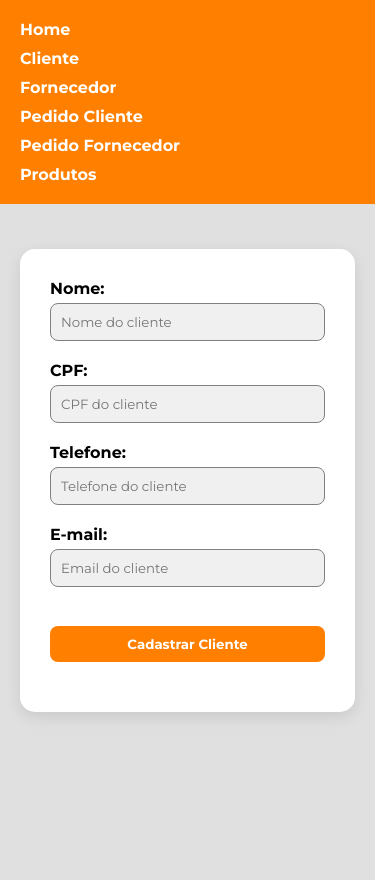
Repository: walterdmp/JavaWeb_BartoBotinas
Page: http://localhost/BartoBotinas/cadastrarCliente.jsp
These files come from the project's save history. The page is drawn as it stood at one moment and after the next save; the edit follows.
The browser window is 375 px wide. The pictures show the whole page.
The page is served by Tomcat 9. Other server files are loaded and not shown.

Above is the page before, as saved 2024-07-30 20:18:24.

### BartoBotinas/WebContent/cadastrarCliente.jsp
<%@ page language="java" contentType="text/html; charset=UTF-8" pageEncoding="UTF-8"%>
<!DOCTYPE html>
<html>
<head>
<link rel="stylesheet" href="css/estilo.css">
<meta charset="UTF-8">
<title>Bartô Botinas - Clientes</title>
</head>
<body>
	<nav class="bartoNav">
		<ul>
			<li><a href="index.jsp">Home</a></li>
			<li><a href="cadastrarCliente.jsp">Cliente</a></li>
			<li><a href="cadastrarFornecedor.jsp">Fornecedor</a></li>
			<li><a href="pedidoCliente.jsp">Pedido Cliente</a></li>
			<li><a href="pedidoFornecedor.jsp">Pedido Fornecedor</a></li>
			<li><a href="produtos.jsp">Produtos</a></li>
		</ul>
	</nav>
	<main class="bartoMain">
		<form action="" method="post" class="bartoForm">
			<div>
				<label for="nome"><strong>Nome:</strong></label>
				<input type="text" id="nome" name="nome" placeholder="Nome do cliente" required>
			</div>
			<div>
				<label for="cpf"><strong>CPF:</strong></label>
				<input type="text" id="cpf" name="cpf" placeholder="CPF do cliente" required>
			</div>
			<div>
				<label for="telefone"><strong>Telefone:</strong></label>
				<input type="text" id="telefone" name="telefone" placeholder="Telefone do cliente" required>
			</div>
			<div>
				<label for="email"><strong>E-mail:</strong></label>
				<input type="email" id="email" name="email" placeholder="Email do cliente" required>
			</div>

			<br>
			<div>
				<input id="bartoButton" type="submit" name="salvar" value="Cadastrar Cliente">
			</div>
		</form>
	</main>
</body>
</html>

### BartoBotinas/WebContent/css/estilo.css
@charset "ISO-8859-1";

@import url('https://fonts.googleapis.com/css2?family=Montserrat:ital,wght@0,100;0,200;0,300;0,400;0,500;0,600;0,700;0,800;0,900;1,100;1,200;1,300;1,400;1,500;1,600;1,700;1,800&display=swap');

* {
	margin: 0;
	padding: 0;
	box-sizing: border-box;
	text-decoration: none;
	list-style: none;
	font-family: 'Montserrat', sans-serif;
}

body {
	background-color: #f0f0f0;
}

.bartoNav {
	width: 100%;
	background-color: #ff8000;
	position: fixed;
	top: 0;
	left: 0;
	z-index: 1000;
}

.bartoNav ul {
	display: flex;
	flex-direction: row;
	gap: 20px;
	justify-content: center;
	padding: 20px;
	color: white;
	font-weight: bold;
}

.bartoNav a {
	color: white;
	transition: color 0.3s ease;
}

.bartoNav a:hover {
	color: #ffe0b3;
}

.bartoMain {
	display: flex;
	justify-content: center;
	align-items: center;
	background-color: #e0e0e0;
	width: 100%;
	height: 100vh;
	padding: 20px;
	margin-top: 80px; /* Adjusted to account for the fixed navbar height */
}

.bartoForm {
	display: flex;
	flex-direction: column;
	padding: 45px;
	width: 100%;
	max-width: 800px; /* Increased max-width for better layout */
	background-color: white;
	border-radius: 15px;
	box-shadow: 0 5px 15px rgba(0, 0, 0, 0.1);
}

.bartoForm input {
	border-radius: 8px;
	border: 1px solid gray;
	width: 100%;
	padding: 10px;
	background-color: #f0f0f0;
	transition: background-color 0.3s ease, border-color 0.3s ease;
}

.bartoForm input:focus {
	background-color: #fff;
	border-color: #ff8000;
	outline: none;
}

.bartoForm div {
	display: flex;
	flex-direction: column;
	width: 100%;
	margin-bottom: 20px;
}

.bartoForm label {
	margin-bottom: 5px;
	font-weight: 600;
}

.endereco {
	margin-top: 20px;
	padding-top: 20px;
	border-top: 1px solid #ccc;
	width: 100%;
	display: flex;
	flex-wrap: wrap;
	gap: 20px;
}

.endereco > div {
	flex: 1 1 calc(50% - 20px); /* Ensure the fields take up half the available width */
}

#bartoButton {
	background-color: #ff8000;
	border: none;
	color: white;
	font-weight: bold;
	padding: 10px 20px;
	border-radius: 8px;
	cursor: pointer;
	transition: background-color 0.3s ease;
}

#bartoButton:hover {
	background-color: #cc6600;
}

@media (max-width: 600px) {
	.bartoNav ul {
		flex-direction: column;
		gap: 10px;
	}

	.bartoForm {
		padding: 30px;
		width: 100%;
	}

	.bartoForm input {
		width: 100%;
	}

	.endereco {
		flex-direction: column;
	}

	.endereco > div {
		width: 100%;
	}
}

After the next save:
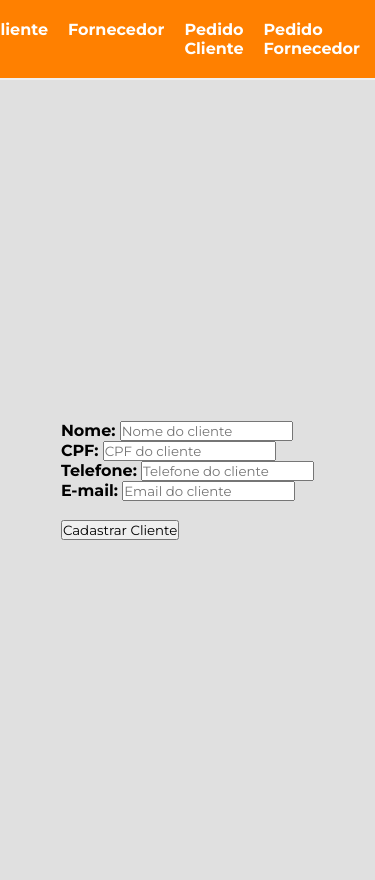
Saved 9 s later.
--- a/BartoBotinas/WebContent/css/estilo.css
+++ b/BartoBotinas/WebContent/css/estilo.css
@@ -54,93 +54,27 @@
 	margin-top: 80px; /* Adjusted to account for the fixed navbar height */
 }
 
-.bartoForm {
-	display: flex;
-	flex-direction: column;
-	padding: 45px;
+.empresaInfo {
+	background-color: white;
+	padding: 30px;
+	border-radius: 10px;
+	box-shadow: 0 5px 15px rgba(0, 0, 0, 0.1);
 	width: 100%;
-	max-width: 800px; /* Increased max-width for better layout */
-	background-color: white;
-	border-radius: 15px;
-	box-shadow: 0 5px 15px rgba(0, 0, 0, 0.1);
+	max-width: 600px;
 }
 
-.bartoForm input {
-	border-radius: 8px;
-	border: 1px solid gray;
-	width: 100%;
-	padding: 10px;
-	background-color: #f0f0f0;
-	transition: background-color 0.3s ease, border-color 0.3s ease;
+.empresaInfo h1 {
+	margin-bottom: 20px;
+	font-size: 24px;
+	color: #333;
 }
 
-.bartoForm input:focus {
-	background-color: #fff;
-	border-color: #ff8000;
-	outline: none;
+.empresaInfo p {
+	margin-bottom: 10px;
+	font-size: 18px;
+	color: #666;
 }
 
-.bartoForm div {
-	display: flex;
-	flex-direction: column;
-	width: 100%;
-	margin-bottom: 20px;
+.empresaInfo p strong {
+	color: #333;
 }
-
-.bartoForm label {
-	margin-bottom: 5px;
-	font-weight: 600;
-}
-
-.endereco {
-	margin-top: 20px;
-	padding-top: 20px;
-	border-top: 1px solid #ccc;
-	width: 100%;
-	display: flex;
-	flex-wrap: wrap;
-	gap: 20px;
-}
-
-.endereco > div {
-	flex: 1 1 calc(50% - 20px); /* Ensure the fields take up half the available width */
-}
-
-#bartoButton {
-	background-color: #ff8000;
-	border: none;
-	color: white;
-	font-weight: bold;
-	padding: 10px 20px;
-	border-radius: 8px;
-	cursor: pointer;
-	transition: background-color 0.3s ease;
-}
-
-#bartoButton:hover {
-	background-color: #cc6600;
-}
-
-@media (max-width: 600px) {
-	.bartoNav ul {
-		flex-direction: column;
-		gap: 10px;
-	}
-
-	.bartoForm {
-		padding: 30px;
-		width: 100%;
-	}
-
-	.bartoForm input {
-		width: 100%;
-	}
-
-	.endereco {
-		flex-direction: column;
-	}
-
-	.endereco > div {
-		width: 100%;
-	}
-}

After the save that followed:
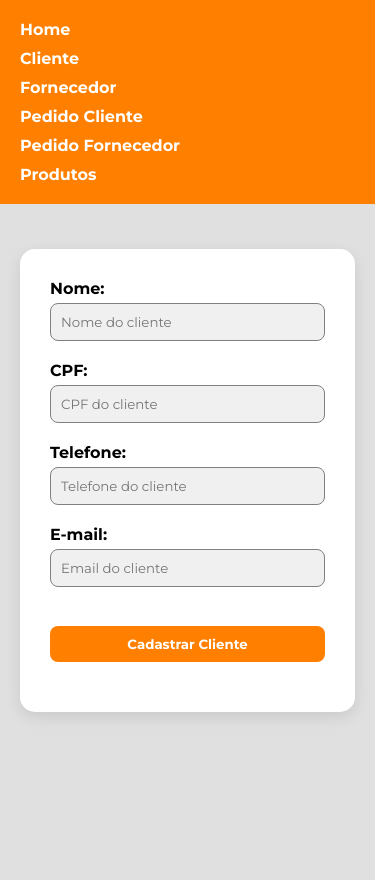
Saved 23 s later.
--- a/BartoBotinas/WebContent/css/estilo.css
+++ b/BartoBotinas/WebContent/css/estilo.css
@@ -54,27 +54,93 @@
 	margin-top: 80px; /* Adjusted to account for the fixed navbar height */
 }
 
-.empresaInfo {
+.bartoForm {
+	display: flex;
+	flex-direction: column;
+	padding: 45px;
+	width: 100%;
+	max-width: 800px; /* Increased max-width for better layout */
 	background-color: white;
-	padding: 30px;
-	border-radius: 10px;
+	border-radius: 15px;
 	box-shadow: 0 5px 15px rgba(0, 0, 0, 0.1);
-	width: 100%;
-	max-width: 600px;
 }
 
-.empresaInfo h1 {
-	margin-bottom: 20px;
-	font-size: 24px;
-	color: #333;
+.bartoForm input {
+	border-radius: 8px;
+	border: 1px solid gray;
+	width: 100%;
+	padding: 10px;
+	background-color: #f0f0f0;
+	transition: background-color 0.3s ease, border-color 0.3s ease;
 }
 
-.empresaInfo p {
-	margin-bottom: 10px;
-	font-size: 18px;
-	color: #666;
+.bartoForm input:focus {
+	background-color: #fff;
+	border-color: #ff8000;
+	outline: none;
 }
 
-.empresaInfo p strong {
-	color: #333;
+.bartoForm div {
+	display: flex;
+	flex-direction: column;
+	width: 100%;
+	margin-bottom: 20px;
 }
+
+.bartoForm label {
+	margin-bottom: 5px;
+	font-weight: 600;
+}
+
+.endereco {
+	margin-top: 20px;
+	padding-top: 20px;
+	border-top: 1px solid #ccc;
+	width: 100%;
+	display: flex;
+	flex-wrap: wrap;
+	gap: 20px;
+}
+
+.endereco > div {
+	flex: 1 1 calc(50% - 20px); /* Ensure the fields take up half the available width */
+}
+
+#bartoButton {
+	background-color: #ff8000;
+	border: none;
+	color: white;
+	font-weight: bold;
+	padding: 10px 20px;
+	border-radius: 8px;
+	cursor: pointer;
+	transition: background-color 0.3s ease;
+}
+
+#bartoButton:hover {
+	background-color: #cc6600;
+}
+
+@media (max-width: 600px) {
+	.bartoNav ul {
+		flex-direction: column;
+		gap: 10px;
+	}
+
+	.bartoForm {
+		padding: 30px;
+		width: 100%;
+	}
+
+	.bartoForm input {
+		width: 100%;
+	}
+
+	.endereco {
+		flex-direction: column;
+	}
+
+	.endereco > div {
+		width: 100%;
+	}
+}
